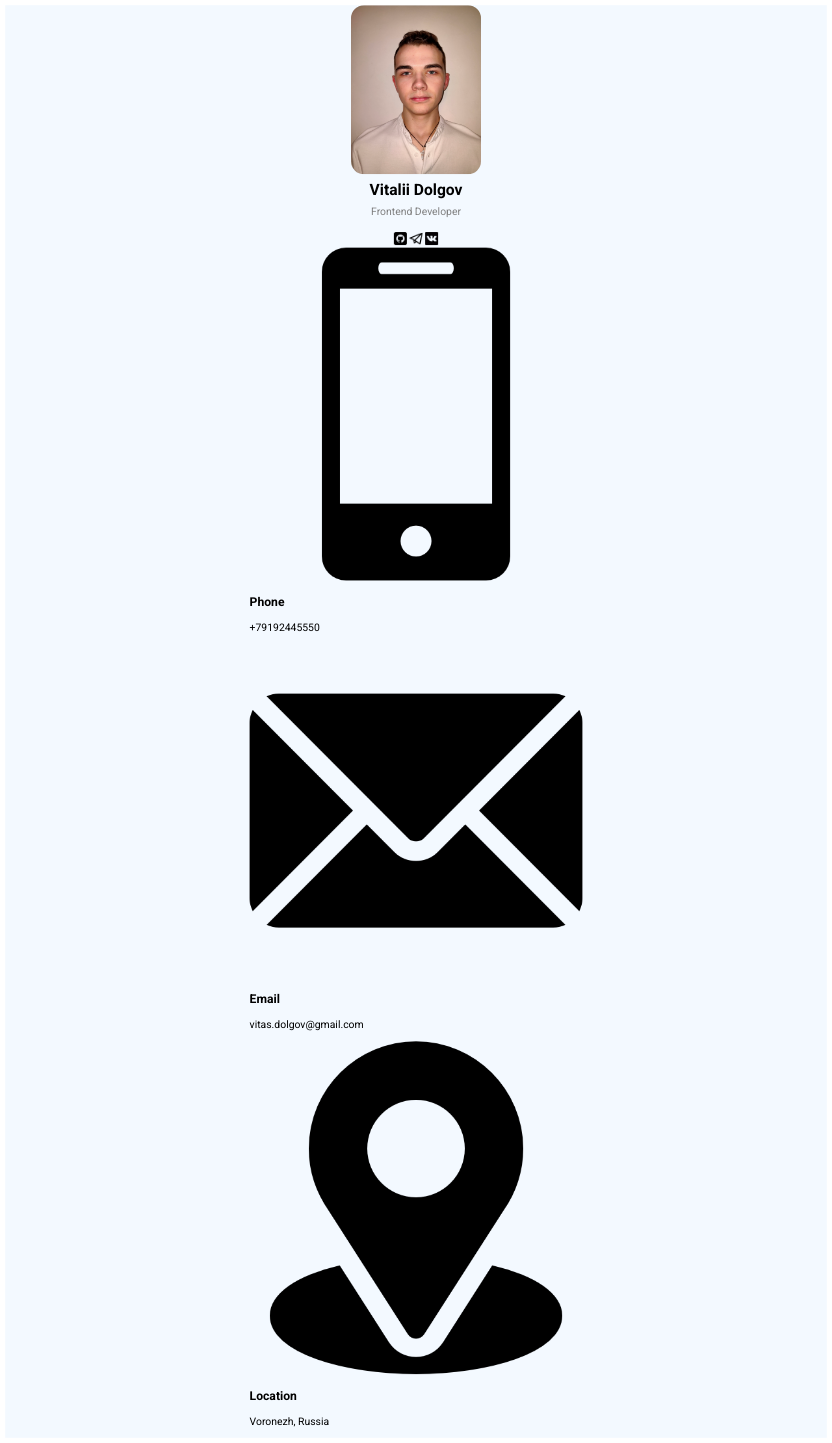
Repository: VitasYo/User_card
Page: src/index.html
An editor plug-in stored every save of this project. The page is shown before and after the next save, followed by the edit.
The browser window is 1280 px wide. The pictures show the whole page, at 65% of full size.

Above is the page before, as saved 2024-04-09 19:33:07.

### src/index.html
<!DOCTYPE html>
<html lang="ru">
  <head>
    <meta charset="UTF-8" />
    <meta name="viewport" content="width=device-width, initial-scale=1.0" />
    <title>First html</title>
    <link rel="stylesheet" href="../assets/css/index.css" />
    <script src="script.js"></script>
  </head>
  <body>
    <section class="container">
      <img class="avatar" src="../assets/img/Фото.jpg" alt="" />
      <div class="user-info">
        <h1>Vitalii Dolgov</h1>
        <div class="position">Frontend Developer</div>
      </div>
      <div>
        <a href="#"
          ><img class="icon" src="../assets/img/github.png" alt="github"
        /></a>
        <a href="#"
          ><img class="icon" src="../assets/img/telegram.png" alt="telegram"
        /></a>
        <a href="#"><img class="icon" src="../assets/img/vk.png" alt="vk" /></a>
      </div>
      <div>
        <div>
          <img class="card_icon" src="../assets/img/phone.png" />
          <div><h3>Phone</h3></div>
          <div><p>+79192445550</p></div>
        </div>
        <div>
          <img class="card_icon" src="../assets/img/email.png" />
          <div><h3>Email</h3></div>
          <div><p>vitas.dolgov@gmail.com</p></div>
        </div>
        <div>
          <img class="card_icon" src="../assets/img/location.png" />
          <div><h3>Location</h3></div>
          <div><p>Voronezh, Russia</p></div>
        </div>
      </div>
    </section>
  </body>
</html>

### assets/css/index.css
@import url("https://fonts.googleapis.com/css2?family=Roboto:ital,wght@0,100;0,300;0,400;0,500;0,700;0,900;1,100;1,300;1,400;1,500;1,700;1,900&display=swap");
* {
  font-family: "Roboto", sans-serif;
}

.container h1 {
  margin-top: 10px;
  margin-bottom: 0;
}

.container {
  display: flex;
  flex-direction: column;
  align-items: center;
  background-color: rgb(243, 249, 255);
}

.position {
  color: gray;
}

.avatar {
  width: 200px;
  height: 260px;
  border-radius: 20px;
}

.user-info {
  margin-bottom: 22px;
  display: flex;
  flex-direction: column;
  align-items: center;
  gap: 10px;
}

.icon {
  width: 20px;
  height: 20px;
}

Loaded but not shown: src/script.js (no stored copy; drawn as an empty file)

After the next save:
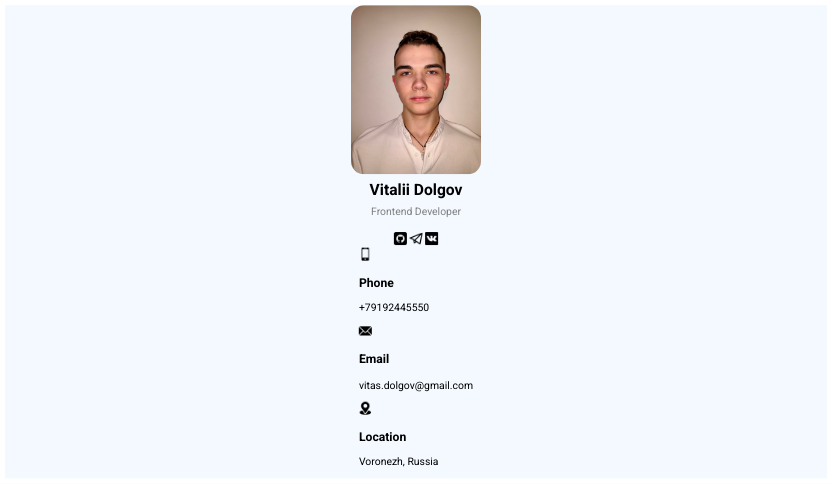
Saved 24 s later.
--- a/assets/css/index.css
+++ b/assets/css/index.css
@@ -37,3 +37,8 @@
   width: 20px;
   height: 20px;
 }
+
+.card_icon {
+  width: 20px;
+  height: 20px;
+}
